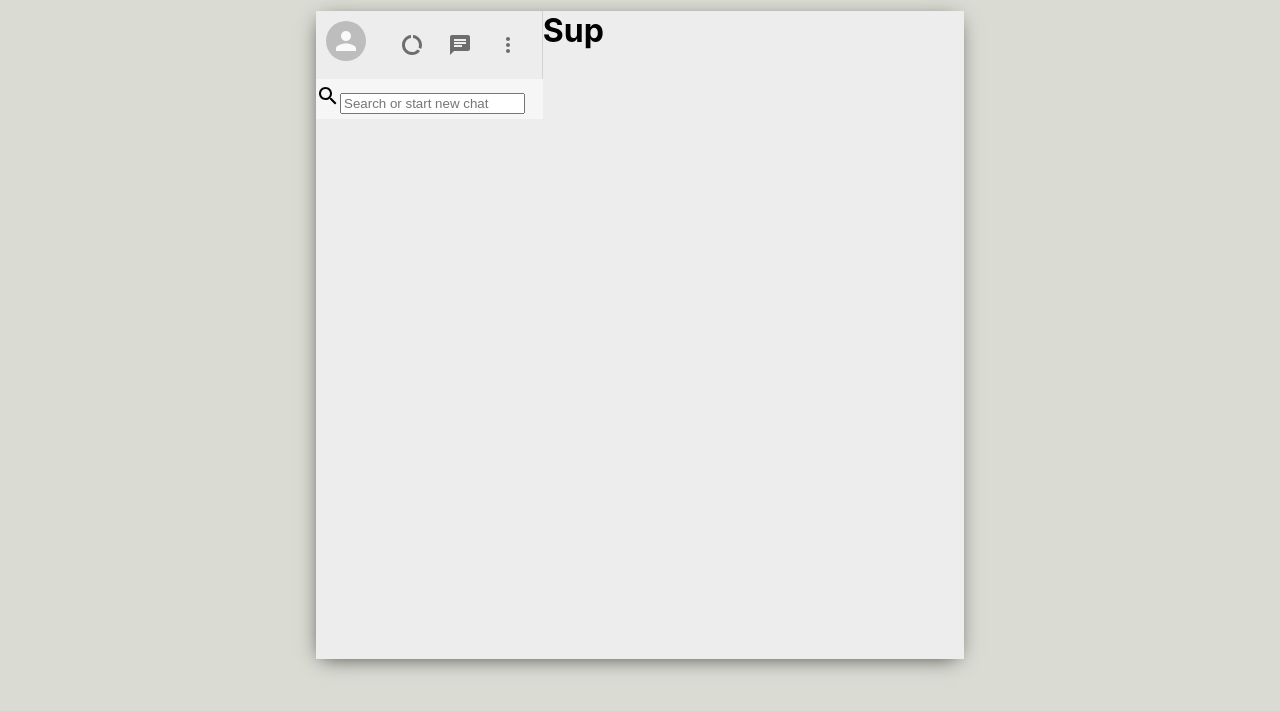
Repository: SayedJamil/WhatsappClone
Page: /
An editor plug-in stored every save of this project. The page is shown before and after a run of saves, followed by the edit.
The browser window is 1280 px wide. The pictures show the whole page.
The project was rebuilt for these pictures with package versions that can differ from the ones it lists, and the page was loaded fresh each time.

Above is the page before, as saved 2021-06-22 23:06:45.

### src/App.js
import React from 'react';
import './App.css';
import Sidebar from './Sidebar';
import Chat from './Chat'
function App() {
  return (
    <div className="app">
      <div className="app_body">
        <Sidebar />
        <Chat />
      </div>

    </div>
  );
}

export default App;

### src/App.css
* {
  margin: 0;
  bottom: 0;
}

.app {
  display: grid;
  place-items: center;
  height: 100vh;
  background-color: #dadbd3;
}

.app_body {
  display: flex;
  background-color: #ededed;
  margin-top: -50px;
  height: 90vh;
  width: 90vh;
  box-shadow: -1px 4px 20px -6px rgba(0, 0, 0, 0.75);
}

### src/Sidebar.js
import React from 'react'
import './Sidebar.css'
import DataUsageIcon from '@material-ui/icons/DataUsage';
import ChatIcon from '@material-ui/icons/Chat';
import { IconButton, Avatar } from '@material-ui/core';
import MoreVertIcon from '@material-ui/icons/MoreVert';
import { SearchOutlined } from '@material-ui/icons';

function Sidebar() {
    return (
        <div className="sidebar">
            <div className="sidebar_header">
                <Avatar />
                <div className="siderbar_headrright">
                    <IconButton>
                        <DataUsageIcon />
                    </IconButton>
                    <IconButton>
                        <ChatIcon />
                    </IconButton>
                    <IconButton>
                        <MoreVertIcon />
                    </IconButton>
                </div>
            </div>
            <div className="sidebar_search">
                <div className="search_container">
                    <SearchOutlined />
                    <input type="text" placeholder="Search or start new chat" />
                </div>
            </div>
        </div>
    )
}

export default Sidebar

### src/Chat.js
import React from 'react'
import './Chat.css'
function Chat() {
    return (
        <div className="chat">
            <h1>Sup</h1>
        </div>
    )
}

export default Chat

### src/Sidebar.css
.sidebar {
  display: flex;
  flex-direction: column;
  flex: 0.35;
}
.sidebar_header {
  display: flex;
  justify-content: space-between;
  padding: 10px;
  border-right: 1px solid lightgray;
}

.sidebar_headerright {
  min-width: 10vw;
  display: flex;
  align-items: center;
  justify-content: center;
}

.sidebar_headerright > .MuiSvgIcon-root {
  margin-right: 2vw;
  font-size: 24px !important;
}

.sidebar_search{
  display: flex;
  align-items: center;
  background-color: #f6f6f6;
  height: 40px;
  padding
}

### src/Chat.css
.chat {
  display: flex;
  flex-direction: column;
  flex: 0.65;
}

Loaded but not shown: public/index.html (common file); src/index.js (common file); src/index.css (common file)

After the next 2 saves:
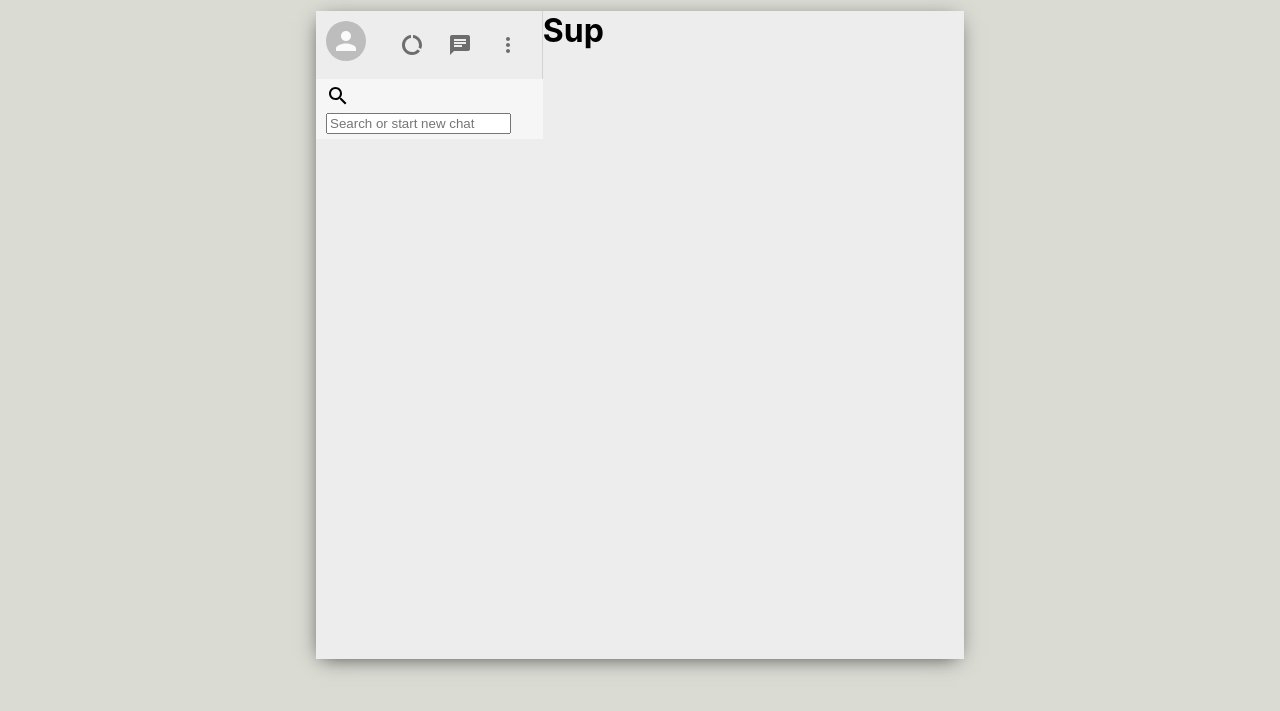
The 2 saves are shown as one change because they came seconds apart.
The last was saved 5 s later.
--- a/src/Sidebar.css
+++ b/src/Sidebar.css
@@ -22,10 +22,10 @@
   font-size: 24px !important;
 }
 
-.sidebar_search{
+.sidebar_search {
   display: flex;
   align-items: center;
   background-color: #f6f6f6;
   height: 40px;
-  padding
+  padding: 10px;
 }
